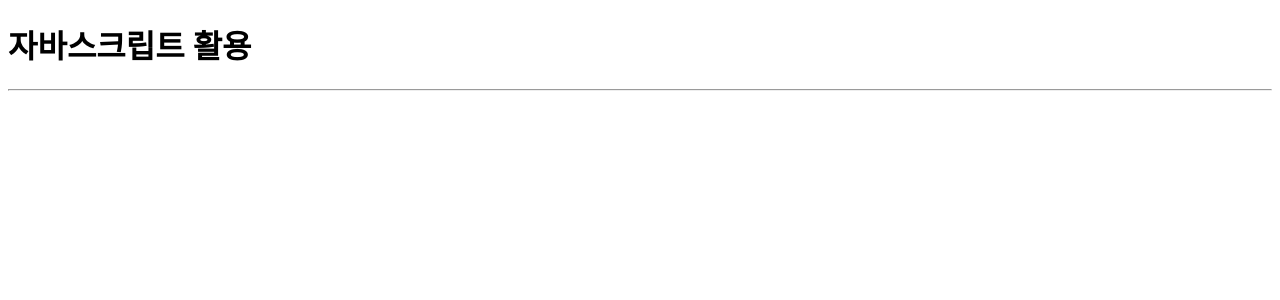
Repository: lolsoyeon/WebStudy
Page: WebApp03/WebContent/Test019.html
These files come from the project's save history. The page is drawn as it stood at one moment and after a run of saves; the edit follows.
The browser window is 1280 px wide. The pictures show the whole page.

Above is the page before, as saved 2022-09-30 05:02:03.

After the next 2 saves:
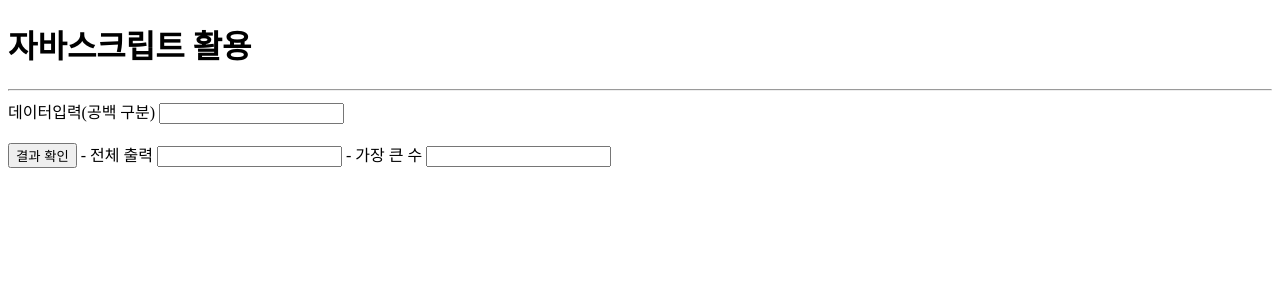
The 2 saves are shown as one change because they came seconds apart.
The last was saved 2 min 48 s later.
--- a/WebApp03/WebContent/Test019.html
+++ b/WebApp03/WebContent/Test019.html
@@ -34,5 +34,21 @@
 
 	------------------------------------------------
  -->
+
+ <div>
+ 	<form>
+ 		데이터입력(공백 구분)
+ 		<input type="text" id="txt01" class="txt">
+ 		<br><br>
+
+ 		<input type="button" value="결과 확인" class="btn">
+
+ 		- 전체 출력
+ 		<input type="text" id="txt02" class="txt" readonly="readonly">
+		- 가장 큰 수
+ 		<input type="text" id="txt03" class="txt" readonly="readonly">
+ 	</form>
+ </div>
+
 </body>
 </html>
